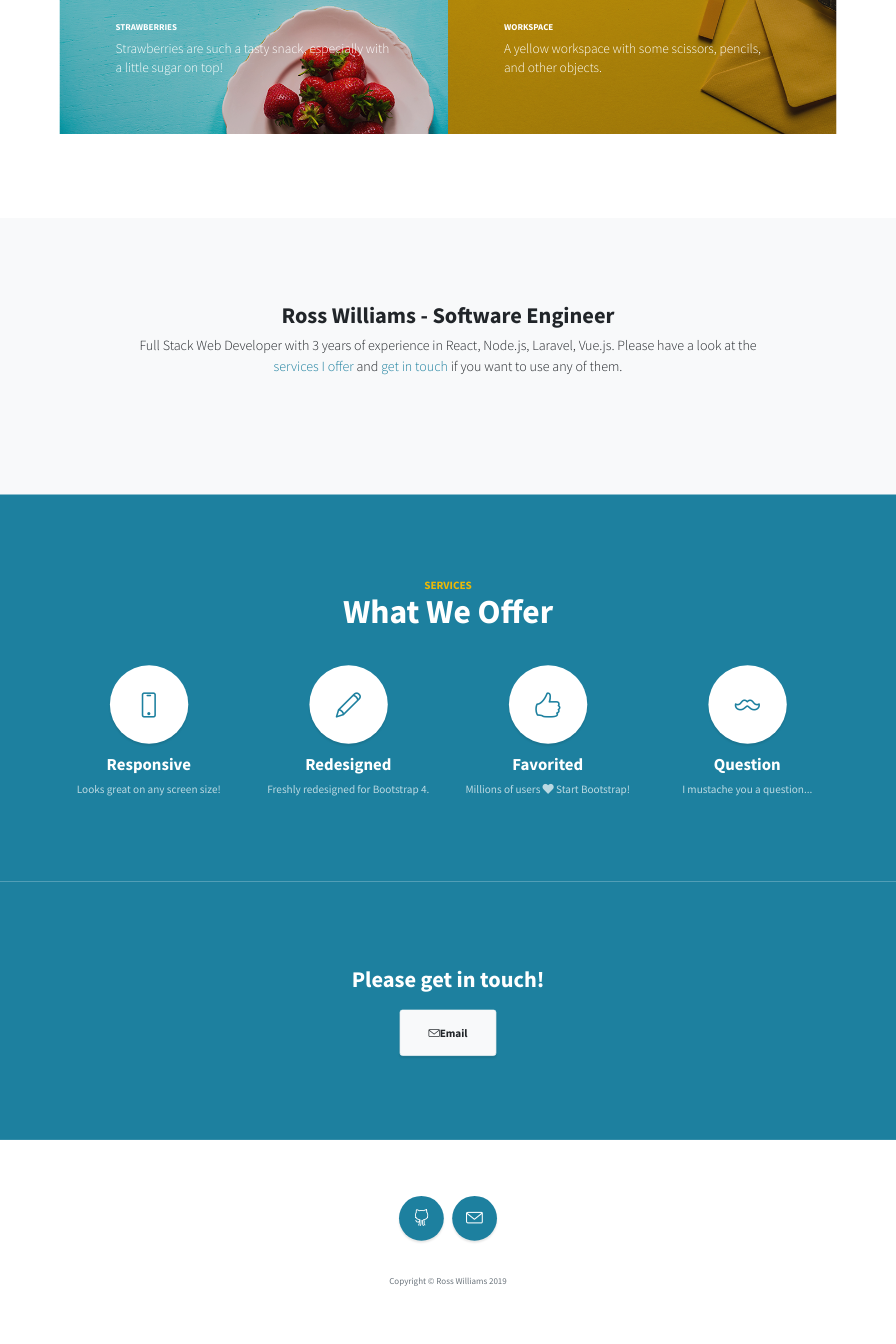
Repository: Williams94/Williams94.github.io
Page: index.html
The author's editor kept a copy of each file at every save. The page is drawn from the files as they stood at one save, then again after the next save.
The browser window is 1280 px wide. The pictures show the part of the page from y = 1568 to 3488 px (the page is 3488 px tall before and 3422 px after), at 70% of full size.
A picture or video elsewhere on the page could not be fetched, so the positions and the page height are approximate.

Above is the page before, as saved 2019-07-06 13:55:47.

After the next save:
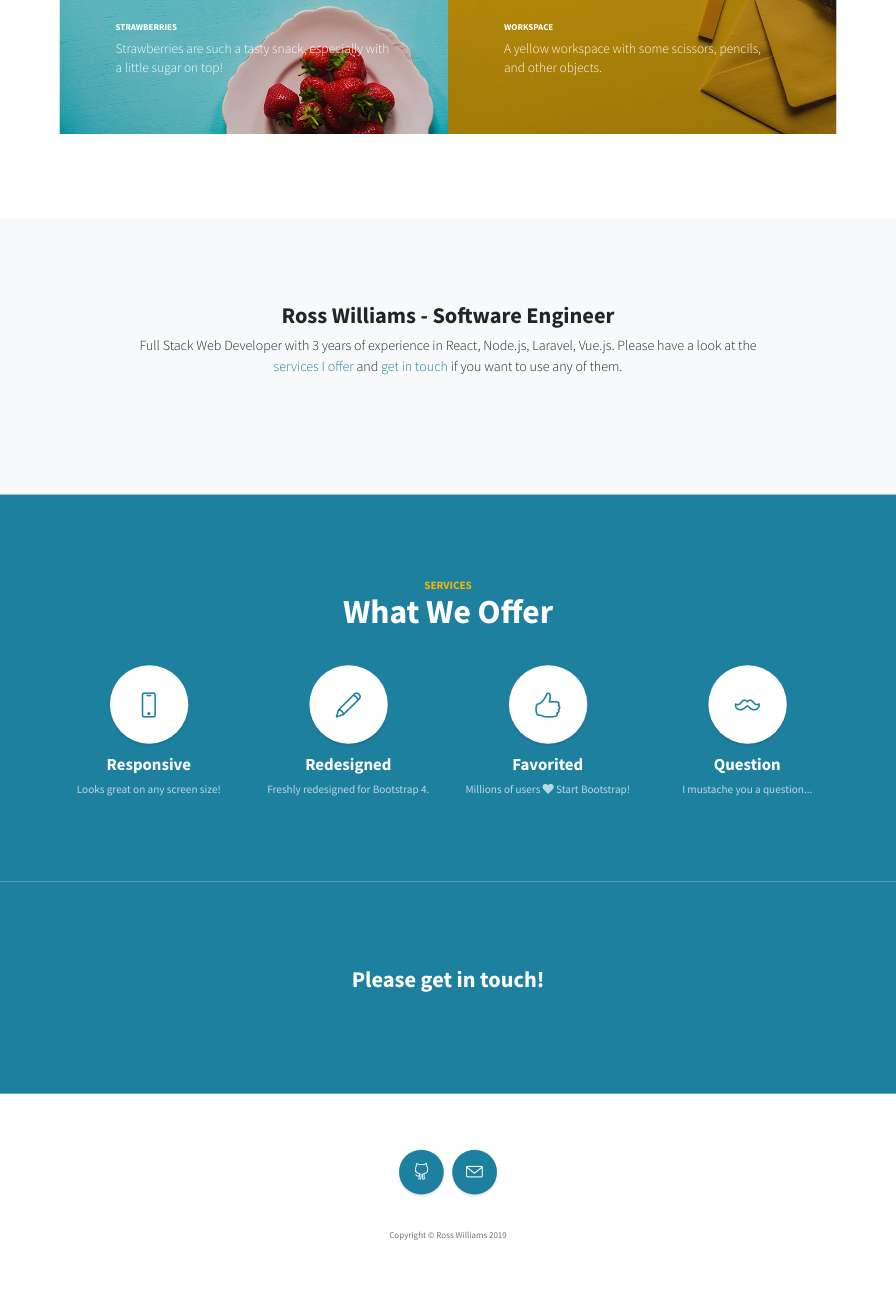
Saved 14 s later.
--- a/index.html
+++ b/index.html
@@ -210,11 +210,6 @@
   <section class="content-section bg-primary text-white">
     <div class="container text-center">
       <h2 class="mb-4">Please get in touch!</h2>
-      <a href="mailto:r.b.williams94@gmail.com" class="btn btn-xl btn-light">
-        <div class="email-me-button-container">
-          <i class="icon-envelope"></i>Email
-        </div>
-      </a>
     </div>
   </section>
 
